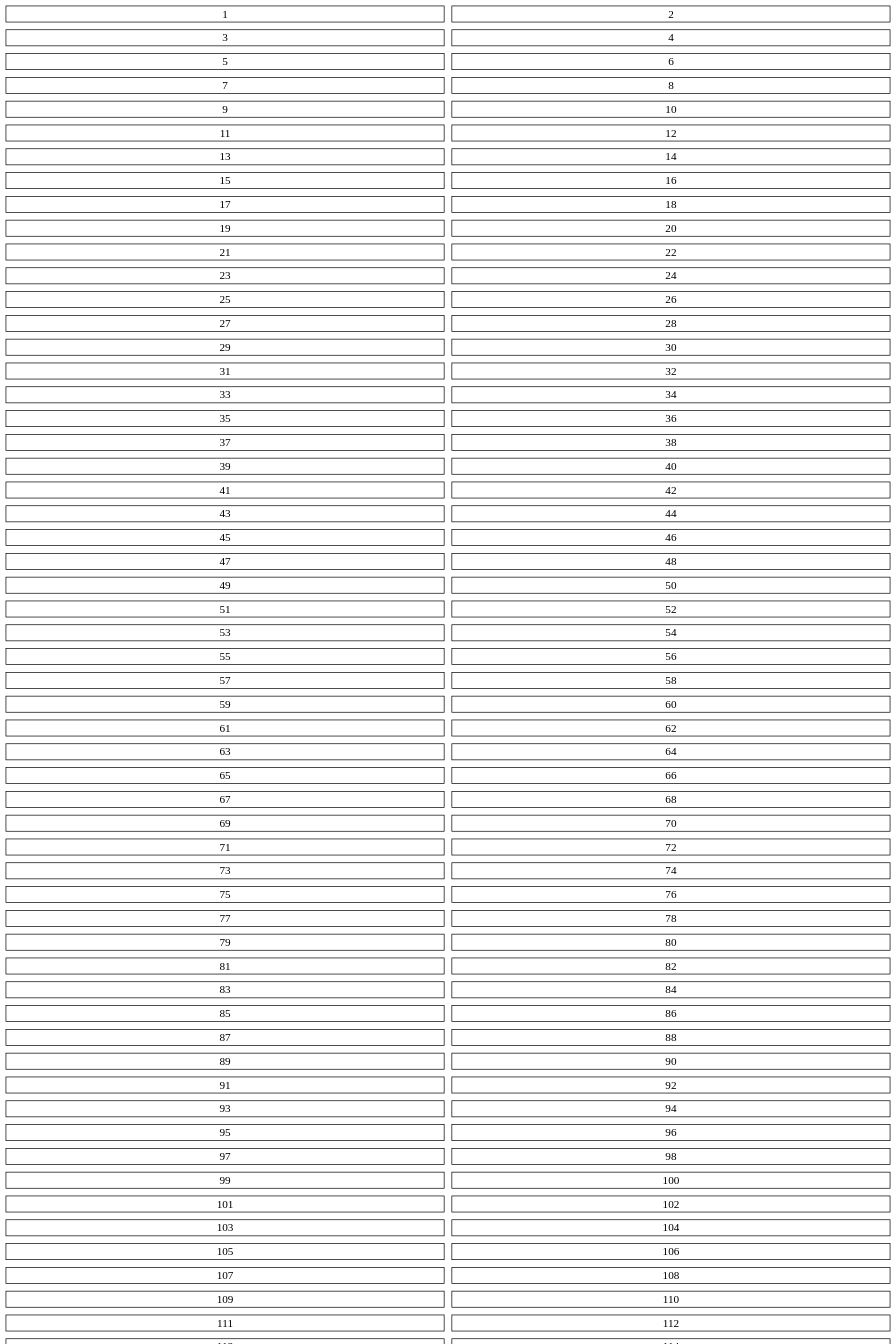
Repository: weazzyefff/Project-Etch-A-Sketch
Page: index.html
An editor plug-in stored every save of this project. The page is shown before and after the next save, followed by the edit.
The browser window is 1280 px wide. The pictures show the part of the page from y = 0 to 1920 px (the page is 4358 px tall before and 720 px after), at 70% of full size.

Above is the page before, as saved 2022-11-30 10:27:59.

After the next save:
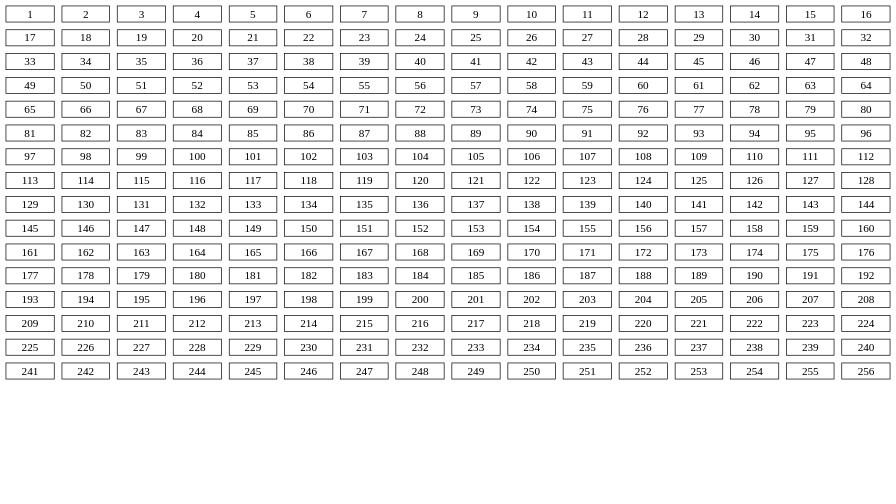
Saved 7 h 47 min later.
--- a/style.css
+++ b/style.css
@@ -5,8 +5,8 @@
 
 #container {
     display: grid;
-    grid-template-columns: auto auto;
-    grid-template-rows: auto auto;
+    grid-template-columns: repeat(var(--grid-rows), 1fr);
+    grid-template-rows: repeat(var(--grid-cols), 1fr);
     grid-gap: 10px;
 }
 
